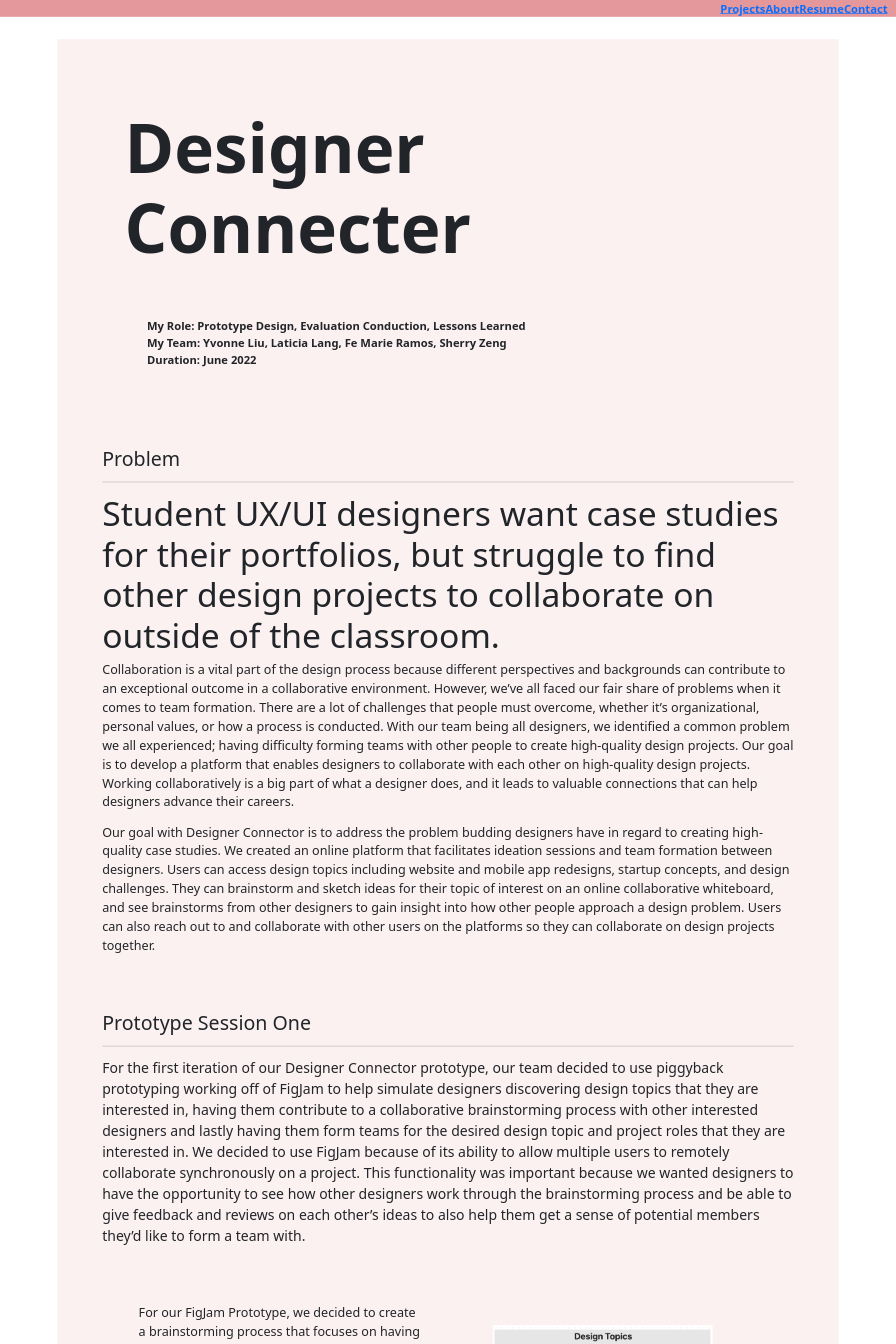
Repository: thais-chen/Portfolio
Page: designer.html
These files come from the project's save history. The page is drawn as it stood at one moment and after the next save; the edit follows.
The browser window is 1280 px wide. The pictures show the part of the page from y = 0 to 1920 px (the page is 11225 px tall), at 70% of full size.
A picture or video elsewhere on the page could not be fetched, so the positions and the page height are approximate.

Above is the page before, as saved 2022-06-21 03:08:10.

After the next save:
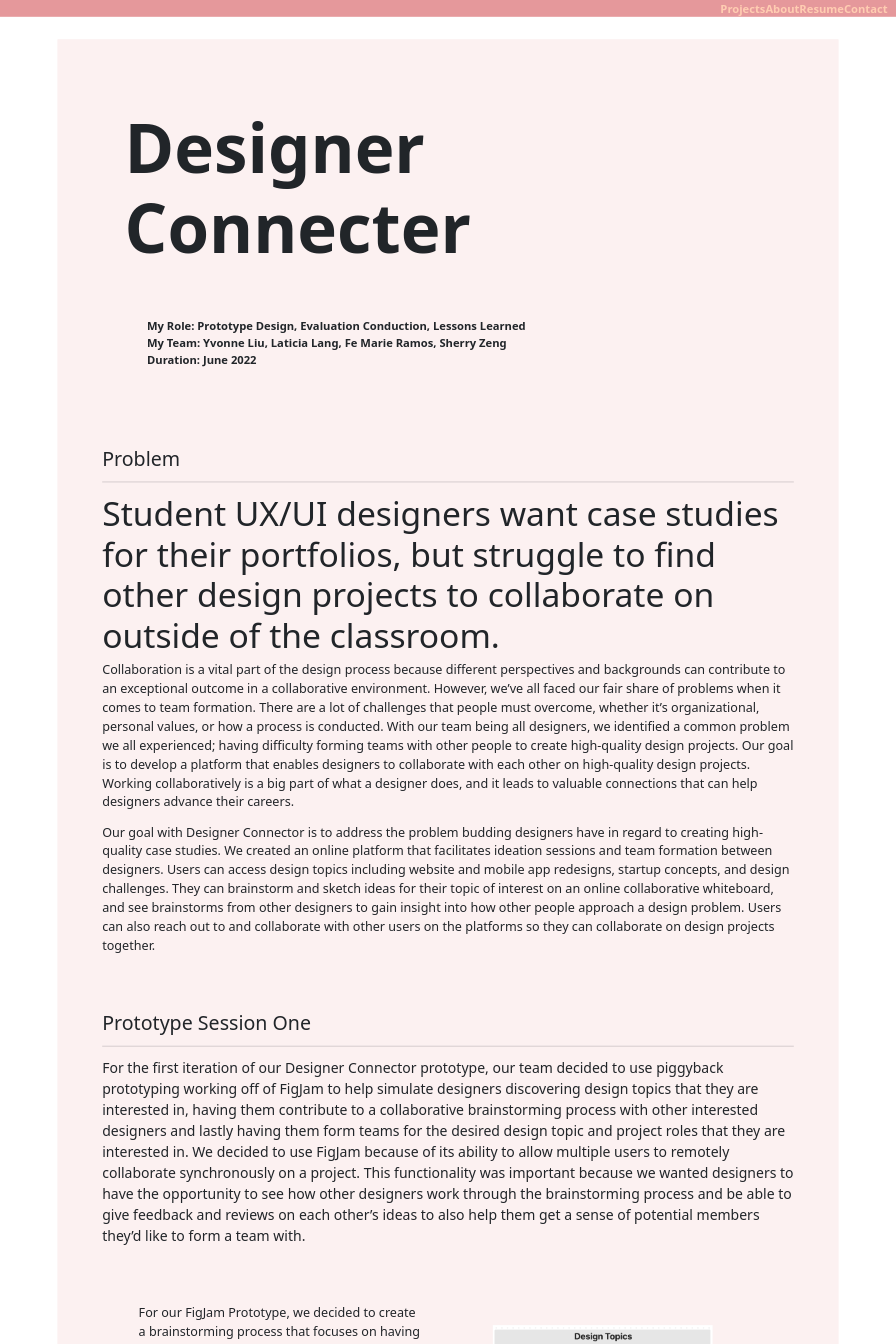
Saved 84 s later.
--- a/designer.css
+++ b/designer.css
@@ -36,3 +36,12 @@ p{
 img{
     padding: 2rem;
 }
+a:link {  color: #ffcdb2; text-decoration: none;}
+
+
+a:visited {  color: #ffcdb2; text-decoration: none; }
+
+
+a:hover {
+  color: white;
+}
